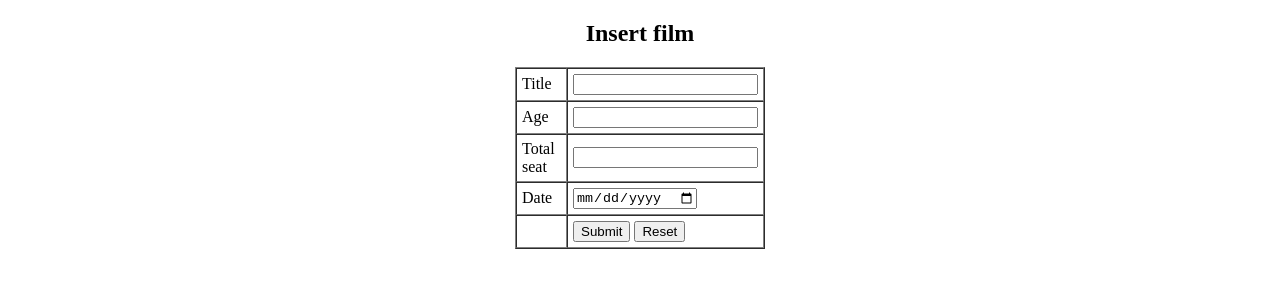
Repository: lmcoa15/Movie
Page: http://localhost/movie/admin/admin_Insert_film.jsp
These files come from the project's save history. The page is drawn as it stood at one moment and after the next save; the edit follows.
The browser window is 1280 px wide. The pictures show the whole page.
The page is served by Tomcat 9. Other server files are loaded and not shown.

Above is the page before, as saved 2015-12-06 14:43:14.

### workspace/movie/WebContent/admin/admin_Insert_film.jsp
<%@ page language="java" contentType="text/html; charset=UTF-8"
    pageEncoding="UTF-8"%>
<!DOCTYPE html PUBLIC "-//W3C//DTD HTML 4.01 Transitional//EN" "http://www.w3.org/TR/html4/loose.dtd">
<html>
<head>
<meta http-equiv="Content-Type" content="text/html; charset=UTF-8">
<title>Insert title here</title>
</head>
<body>
<h2 align="center">Insert film</h2>
<form name=form1 method=post  action=film_control.jsp value="insert">
<!-- <input type=hidden name="action" value="insert"> -->
<table width="250" border="1"align="center" cellspacing="0"
												cellpadding="5">
	<tr>
		<td>Title</td>
		<td><input type="text" name="name_film" size=20></td>
	</tr>
	<tr>
		<td>Age</td>
		<td><input type="text" name="age_phase" size=20></td>
	</tr>
	<tr>
		<td>Total seat</td>
		<td><input type="text" name="seat_num" size=20></td>
	</tr>
	<tr>
		<td>Date</td>
		<td><input type="date" name="watch_date" size=20></td>
	</tr>

	<tr>
		<td></td>
		<td><input type=submit value="Submit" size=2>
			<input type=reset name="reset_button" value="Reset" size=2>
		</td>
	</tr>
</table>
</form>
</body>
</html>

After the next save:
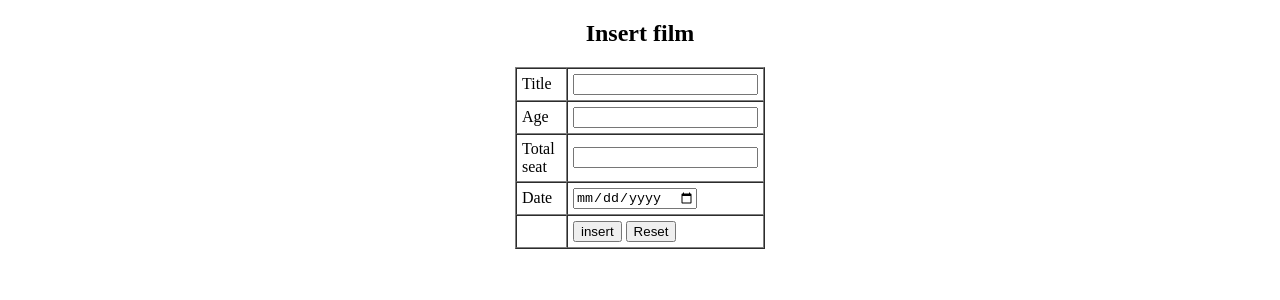
Saved 5 min 1 s later.
--- a/workspace/movie/WebContent/admin/admin_Insert_film.jsp
+++ b/workspace/movie/WebContent/admin/admin_Insert_film.jsp
@@ -8,7 +8,7 @@
 </head>
 <body>
 <h2 align="center">Insert film</h2>
-<form name=form1 method=post  action=film_control.jsp value="insert">
+<form name=form1 method=post  action=film_control.jsp>
 <!-- <input type=hidden name="action" value="insert"> -->
 <table width="250" border="1"align="center" cellspacing="0"
 												cellpadding="5">
@@ -31,7 +31,7 @@
 
 	<tr>
 		<td></td>
-		<td><input type=submit value="Submit" size=2>
+		<td><input type=submit name="action" value="insert" size=2>
 			<input type=reset name="reset_button" value="Reset" size=2>
 		</td>
 	</tr>

After the save that followed:
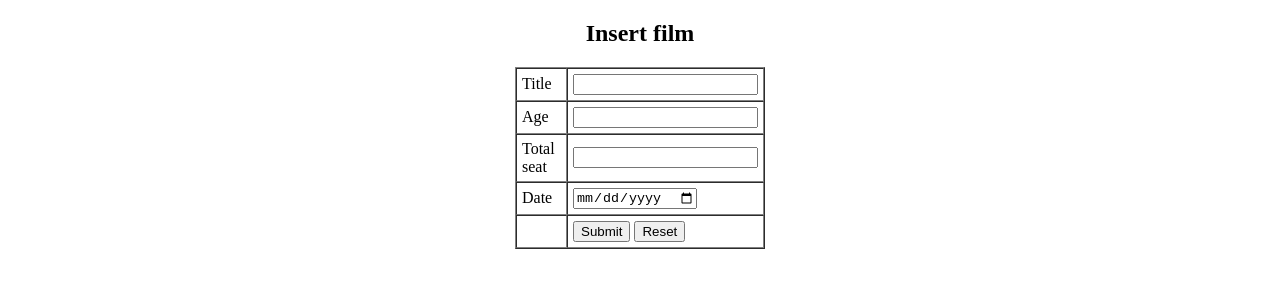
Saved 4 min 6 s later.
--- a/workspace/movie/WebContent/admin/admin_Insert_film.jsp
+++ b/workspace/movie/WebContent/admin/admin_Insert_film.jsp
@@ -9,7 +9,7 @@
 <body>
 <h2 align="center">Insert film</h2>
 <form name=form1 method=post  action=film_control.jsp>
-<!-- <input type=hidden name="action" value="insert"> -->
+ <input type=hidden name="action" value="insert">
 <table width="250" border="1"align="center" cellspacing="0"
 												cellpadding="5">
 	<tr>
@@ -31,8 +31,8 @@
 
 	<tr>
 		<td></td>
-		<td><input type=submit name="action" value="insert" size=2>
-			<input type=reset name="reset_button" value="Reset" size=2>
+		<td><input type=submit value="Submit" size=2>
+			<input type=reset  value="Reset" size=2>
 		</td>
 	</tr>
 </table>
